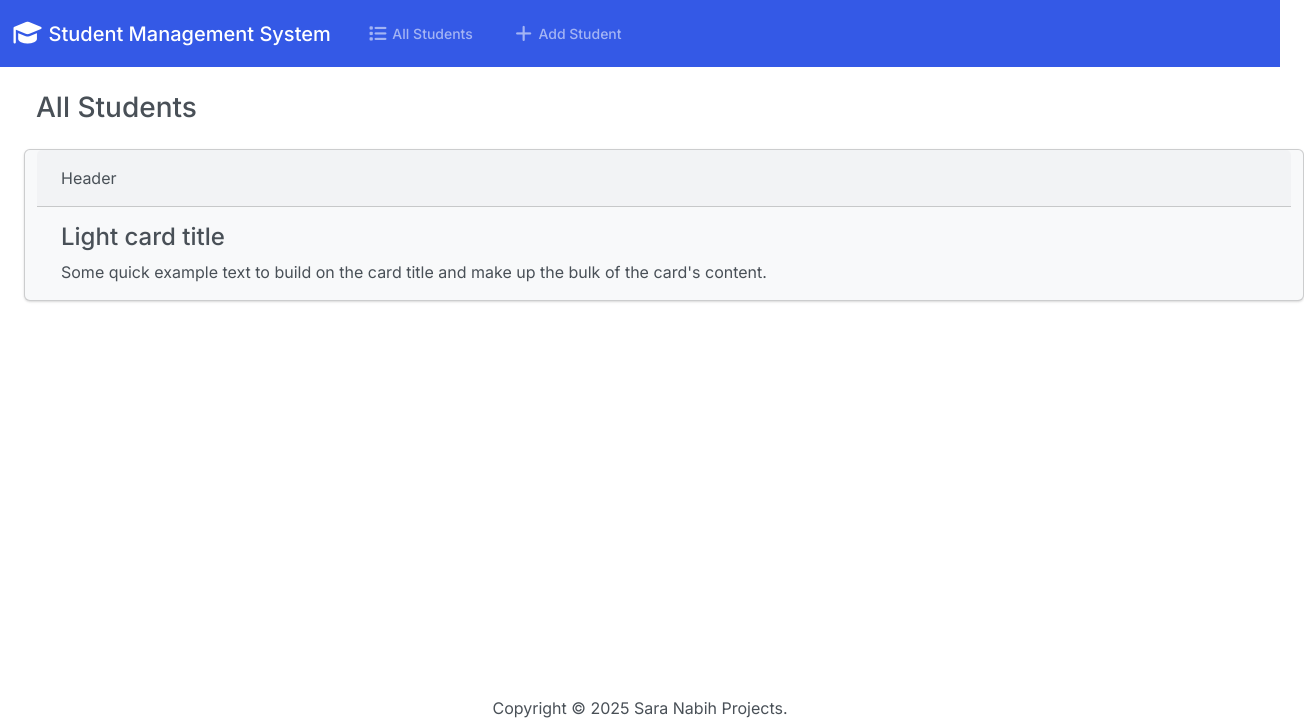
Repository: saraanbih/Student-Management-System
Page: http://localhost/
These files come from the project's save history. The page is drawn as it stood at one moment and after the next save; the edit follows.
The browser window is 1280 px wide. The page is 1304 px wide, then 1280 px, then 1304 px, so the pictures cover 1304 px, including what lies to the right of the window. The pictures show the whole page.
Some web libraries are served in a nearby version. The page is served by the project's application, run on Django 5.2 (manage.py). The page reads the database file committed with the project.

Above is the page before, as saved 2025-09-11 16:06:15.

After the next save:
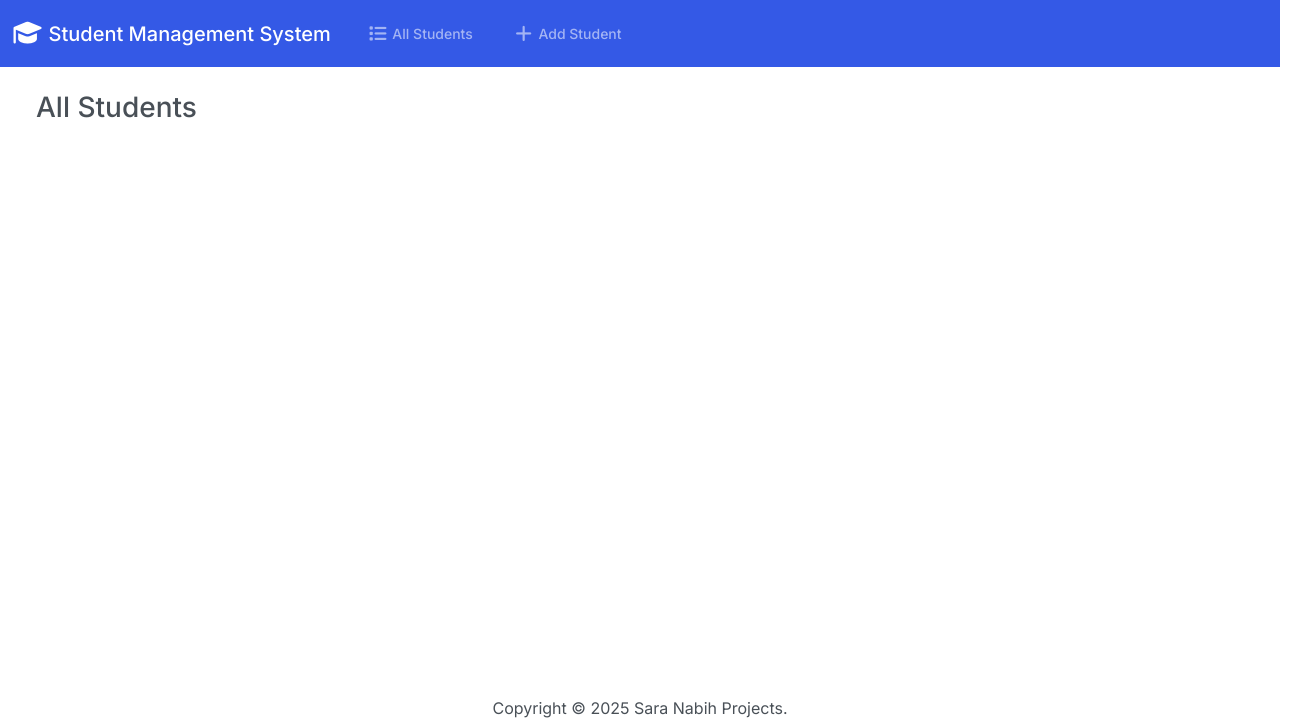
Saved 23 s later.
--- a/students/templates/students/index.html
+++ b/students/templates/students/index.html
@@ -50,14 +50,7 @@
           {% else %}
           <h5 class="card bg-light ms-4 me-4 mb-4">No Students Records</h5>
           {% endif %}
-          </div>
-            <div class="card bg-light ms-4 me-4 mb-4">
-              <div class="card-header">Header</div>
-              <div class="card-body">
-                <h4 class="card-title">Light card title</h4>
-                <p class="card-text">Some quick example text to build on the card title and make up the bulk of the card's content.</p>
-              </div>
-            </div>
+
         </div>
       </div>
     </div>

After the save that followed:
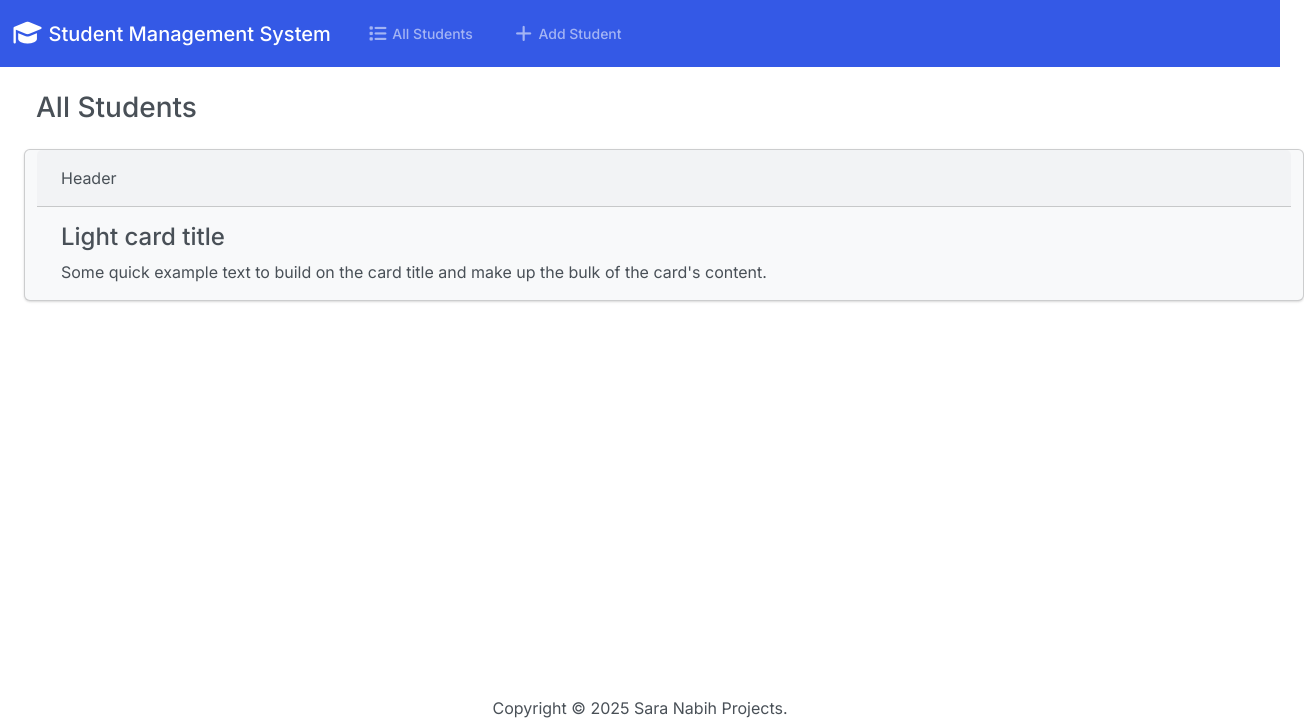
Saved 8 s later.
--- a/students/templates/students/index.html
+++ b/students/templates/students/index.html
@@ -47,6 +47,14 @@
       <div class="row">
         <div class="col-12">
           {% if students %}
+          </div>
+            <div class="card bg-light ms-4 me-4 mb-4">
+              <div class="card-header">Header</div>
+              <div class="card-body">
+                <h4 class="card-title">Light card title</h4>
+                <p class="card-text">Some quick example text to build on the card title and make up the bulk of the card's content.</p>
+              </div>
+            </div>
           {% else %}
           <h5 class="card bg-light ms-4 me-4 mb-4">No Students Records</h5>
           {% endif %}
